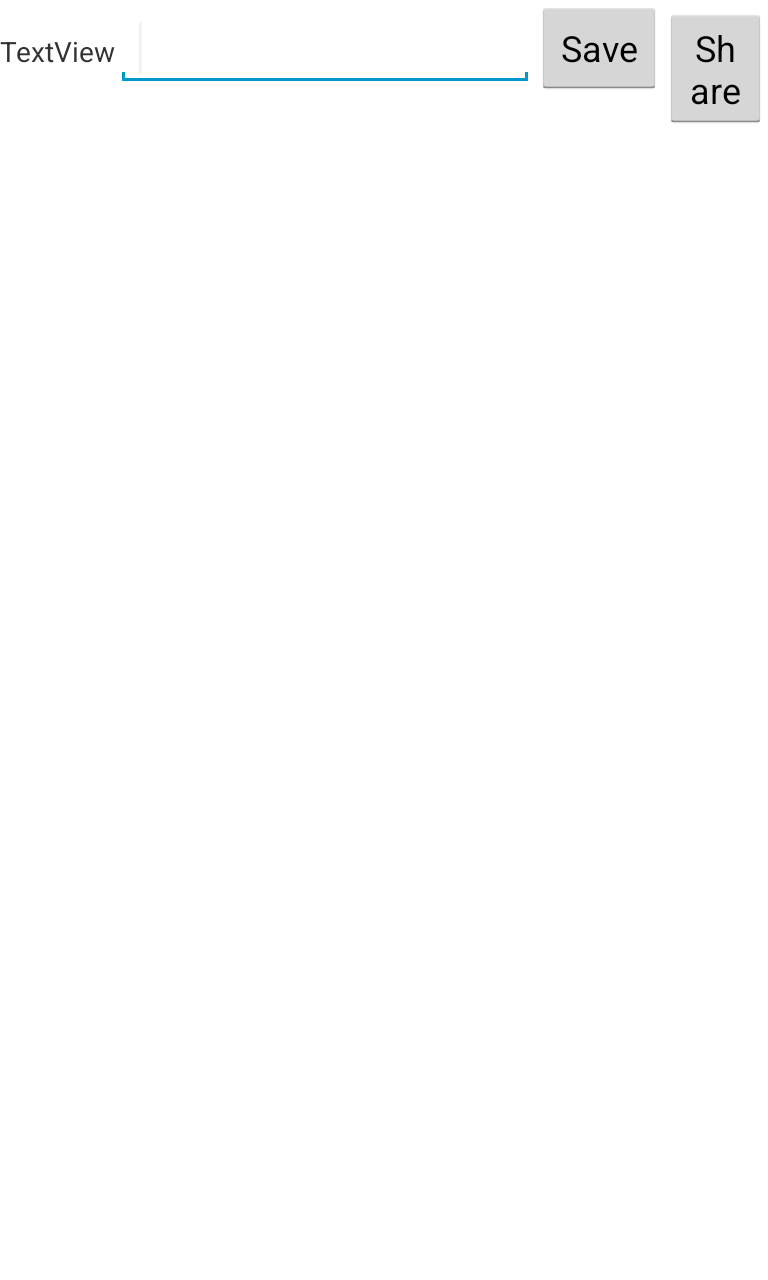
Repository: yj354/alwaysonworkspace
Layout: ListyTasky001/res/layout/activity_2_0.xml
These files come from the project's save history. The layout is drawn as it stood at one moment and after the next save; the edit follows.
It is drawn on a 768 x 1280 px phone screen (xhdpi) without system bars, with theme AppTheme; the app's code is not run.

Above is the layout before, as saved 2014-03-06 04:22:28.

### ListyTasky001/res/layout/activity_2_0.xml
<?xml version="1.0" encoding="utf-8"?>
<LinearLayout xmlns:android="http://schemas.android.com/apk/res/android"
    android:layout_width="match_parent"
    android:layout_height="match_parent"
    android:layoutMode="opticalBounds"
    android:orientation="vertical" >

	<LinearLayout
    android:layout_width="match_parent"
    android:layout_height="match_parent"
    android:layoutMode="opticalBounds"
    android:orientation="horizontal" >

		<TextView
		    android:id="@+id/textView2.0"
		    android:layout_width="wrap_content"
		    android:layout_height="wrap_content"
		    android:text="TextView" />

		<EditText
		    android:id="@+id/editText2.0"
		    android:layout_width="wrap_content"
		    android:layout_height="wrap_content"
		    android:ems="10" >

		    <requestFocus />
		</EditText>

		<Button
		    android:id="@+id/button2.0"
		    android:layout_width="wrap_content"
		    android:layout_height="wrap_content"
		    android:text="Save" />

		<Button
		    android:id="@+id/button2.1"
		    android:layout_width="wrap_content"
		    android:layout_height="wrap_content"
		    android:text="Share" />

	</LinearLayout>

</LinearLayout>

Loaded but not shown: ListyTasky001/res/values/styles.xml (common file); ListyTasky001/res/values-v11/styles.xml (common file); ListyTasky001/res/values-v14/styles.xml (common file)

After the next save:
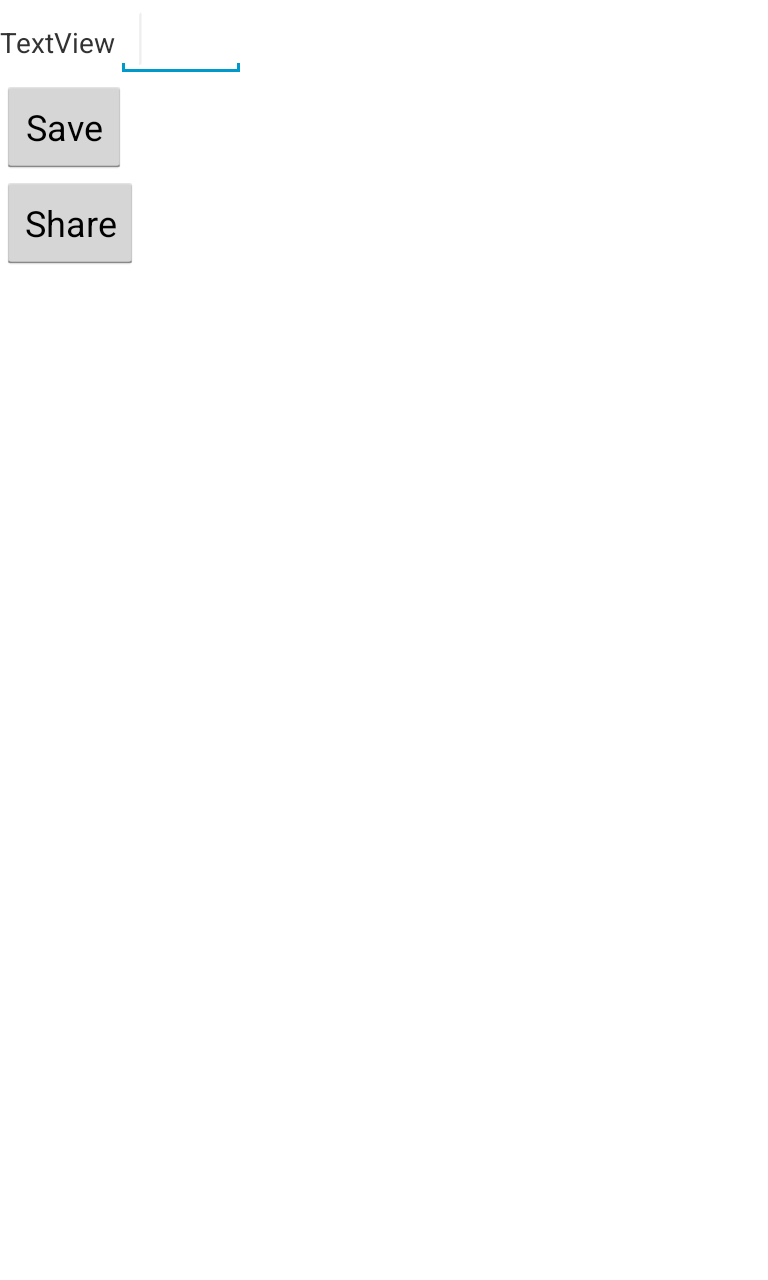
Saved 13 min 59 s later.
--- a/ListyTasky001/res/layout/activity_2_0.xml
+++ b/ListyTasky001/res/layout/activity_2_0.xml
@@ -6,10 +6,10 @@
     android:orientation="vertical" >
 
 	<LinearLayout
-    android:layout_width="match_parent"
-    android:layout_height="match_parent"
-    android:layoutMode="opticalBounds"
-    android:orientation="horizontal" >
+	    android:layout_width="match_parent"
+	    android:layout_height="wrap_content"
+	    android:layoutMode="opticalBounds"
+	    android:orientation="horizontal" >
 
 		<TextView
 		    android:id="@+id/textView2.0"
@@ -19,25 +19,25 @@
 
 		<EditText
 		    android:id="@+id/editText2.0"
-		    android:layout_width="wrap_content"
+		    android:layout_width="66dp"
 		    android:layout_height="wrap_content"
 		    android:ems="10" >
 
 		    <requestFocus />
 		</EditText>
 
-		<Button
-		    android:id="@+id/button2.0"
-		    android:layout_width="wrap_content"
-		    android:layout_height="wrap_content"
-		    android:text="Save" />
-
-		<Button
-		    android:id="@+id/button2.1"
-		    android:layout_width="wrap_content"
-		    android:layout_height="wrap_content"
-		    android:text="Share" />
-
 	</LinearLayout>
 
+	<Button
+	    android:id="@+id/button2.0"
+	    android:layout_width="wrap_content"
+	    android:layout_height="wrap_content"
+	    android:text="Save" />
+
+	<Button
+	    android:id="@+id/button2.1"
+	    android:layout_width="wrap_content"
+	    android:layout_height="wrap_content"
+	    android:text="Share" />
+
 </LinearLayout>
